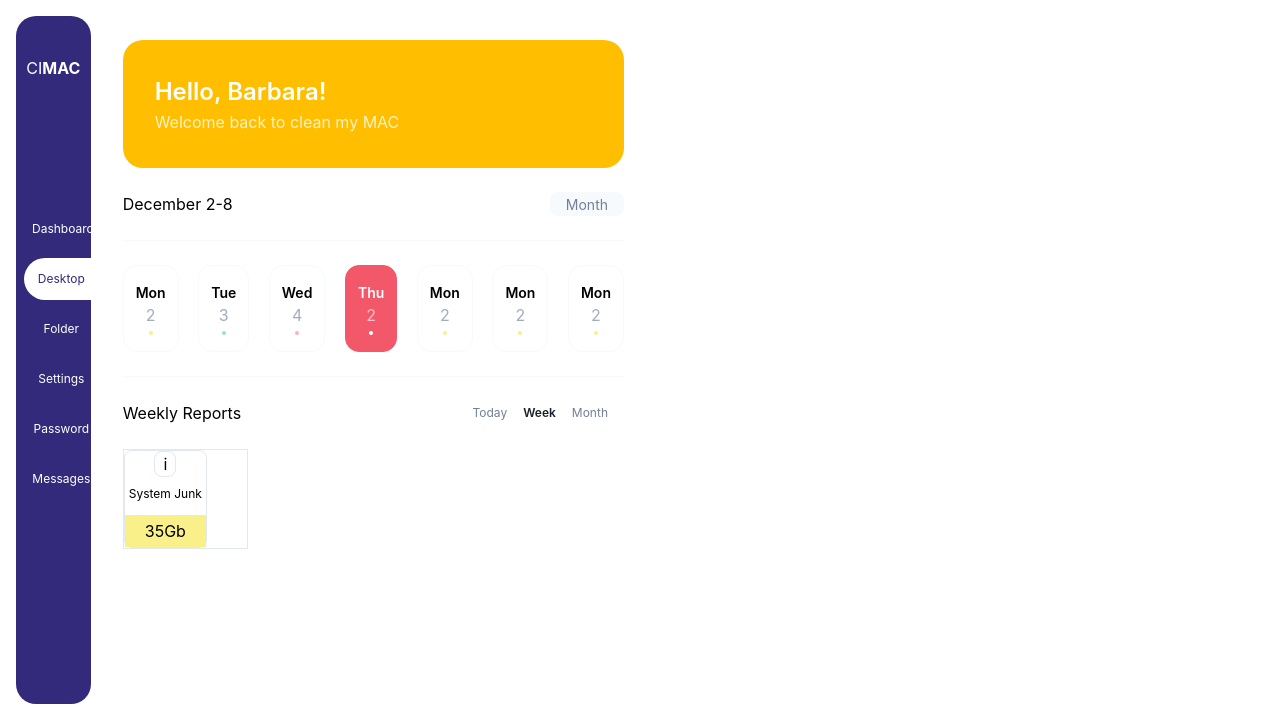
Repository: charleyvibez/experiment-Utility-software-UI
Page: index.html
An editor plug-in stored every save of this project. The page is shown before and after a run of saves, followed by the edit.
The browser window is 1280 px wide. The pictures show the whole page.

Above is the page before, as saved 2020-03-18 00:47:40.

After the next 3 saves:
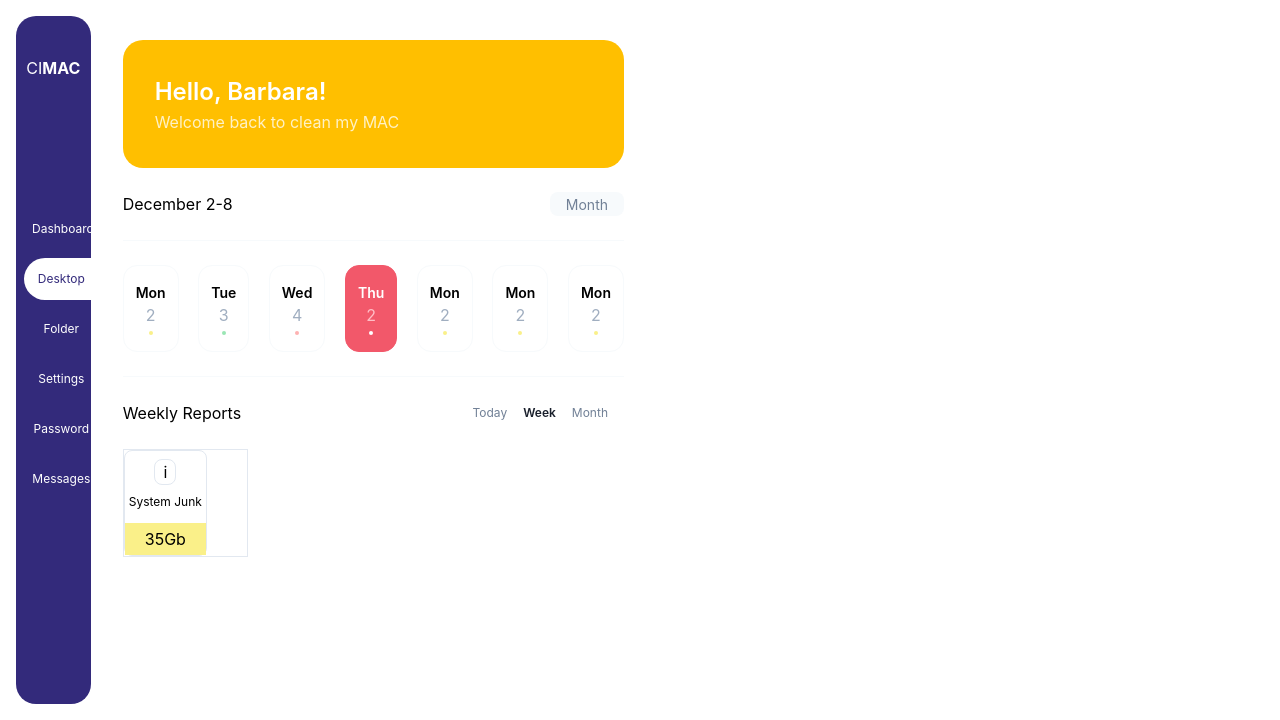
The 3 saves are shown as one change because they came seconds apart.
The last was saved 15 s later.
--- a/index.html
+++ b/index.html
@@ -97,7 +97,7 @@
         </div>
         <div class="junks">
           <div class="system-junk w-1/4 border flex items-center pr-10">
-           <div class="bg-white rounded-lg flex flex-col items-center border w-full">
+           <div class="bg-white rounded-lg flex flex-col items-center border w-full pt-2">
              <span class="junk-icon inline-block px-2 border mb-2 rounded-lg">
               i
             </span>
